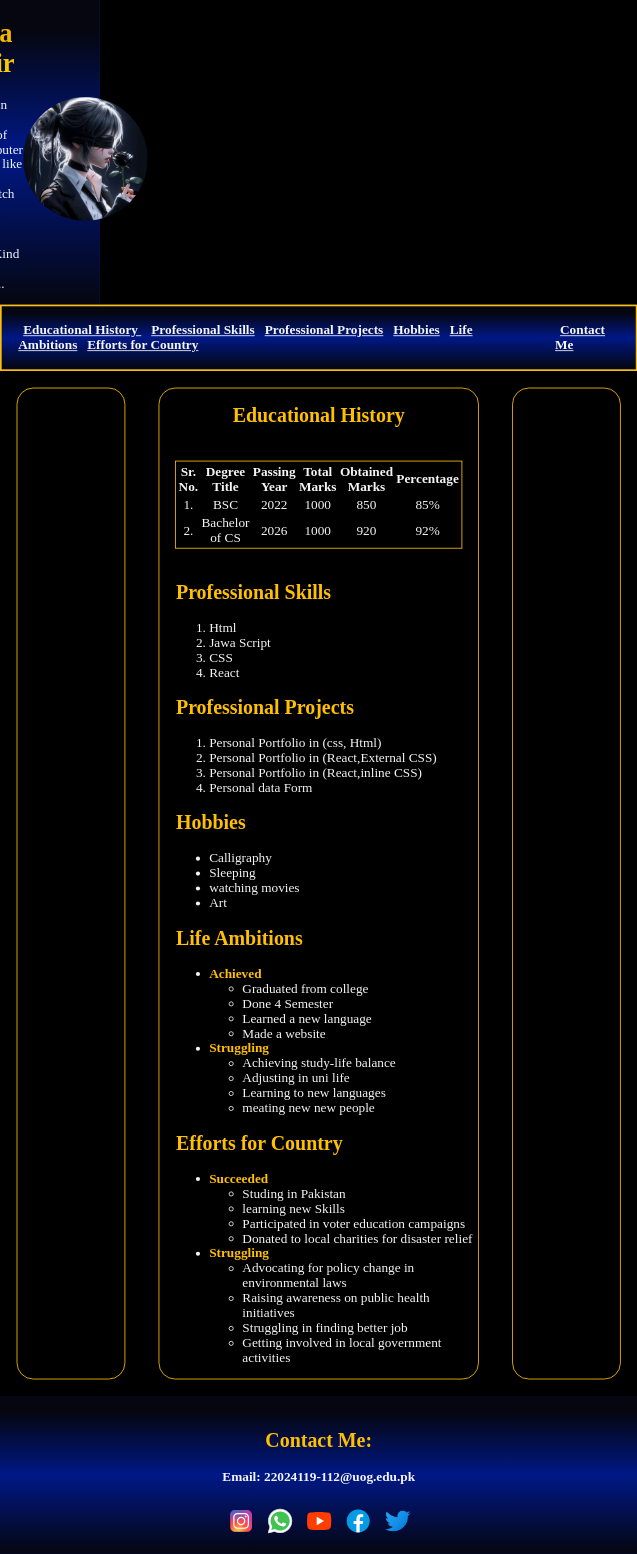
Repository: Fizza-112/project
Page: /
These files come from the project's save history. The page is drawn as it stood at one moment and after a run of saves; the edit follows.
The browser window is 768 px wide. The pictures show the whole page, at 83% of full size.
The project was rebuilt for these pictures with package versions that can differ from the ones it lists, and the page was loaded fresh each time. Also part of the build but not shown: vite.config.ts.

Above is the page before, as saved 2024-09-18 13:15:42.

After the next 2 saves:
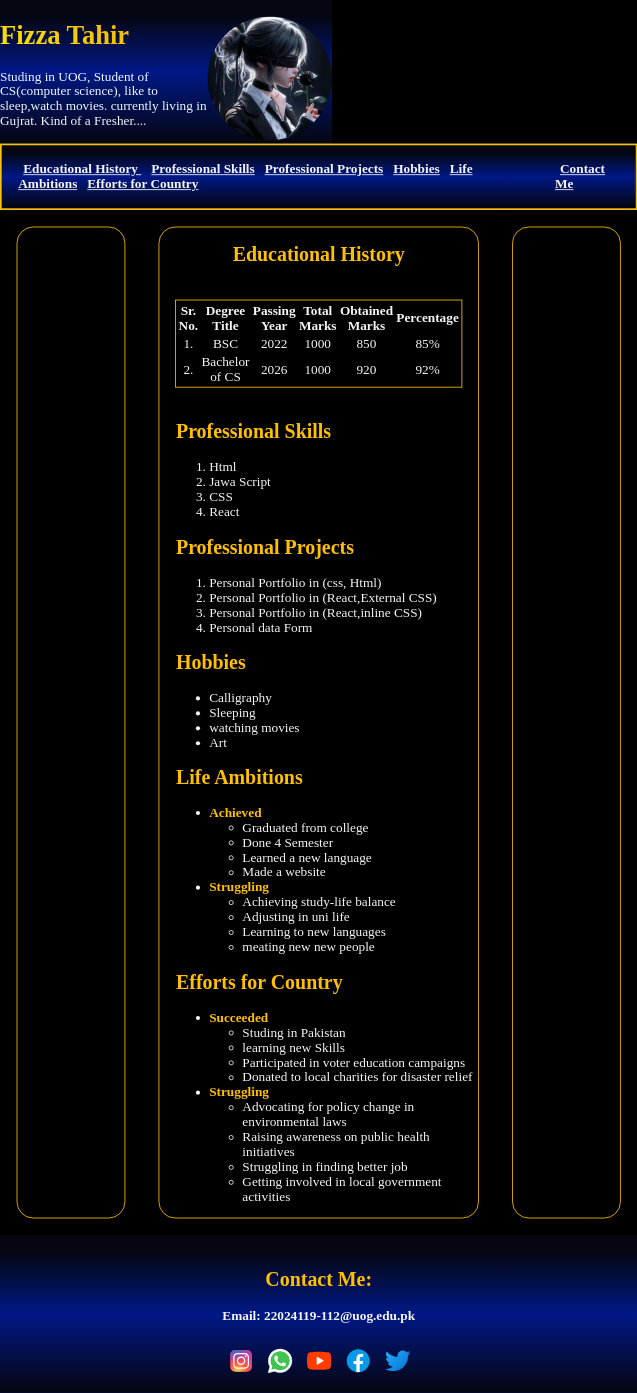
The 2 saves are shown as one change because they came seconds apart.
The last was saved 88 s later.
--- a/src/App.css
+++ b/src/App.css
@@ -34,7 +34,7 @@ header{
   background-color: #001886;
   background-image: linear-gradient(180deg, #05060f 10%,#001886   50%, #05060f 100%);
 /* background-image: linear-gradient(43deg, #001886 0%, #05060f 46%, #001886  100%);  */
-width:120px;
+width:400px;
 }
 }
 
